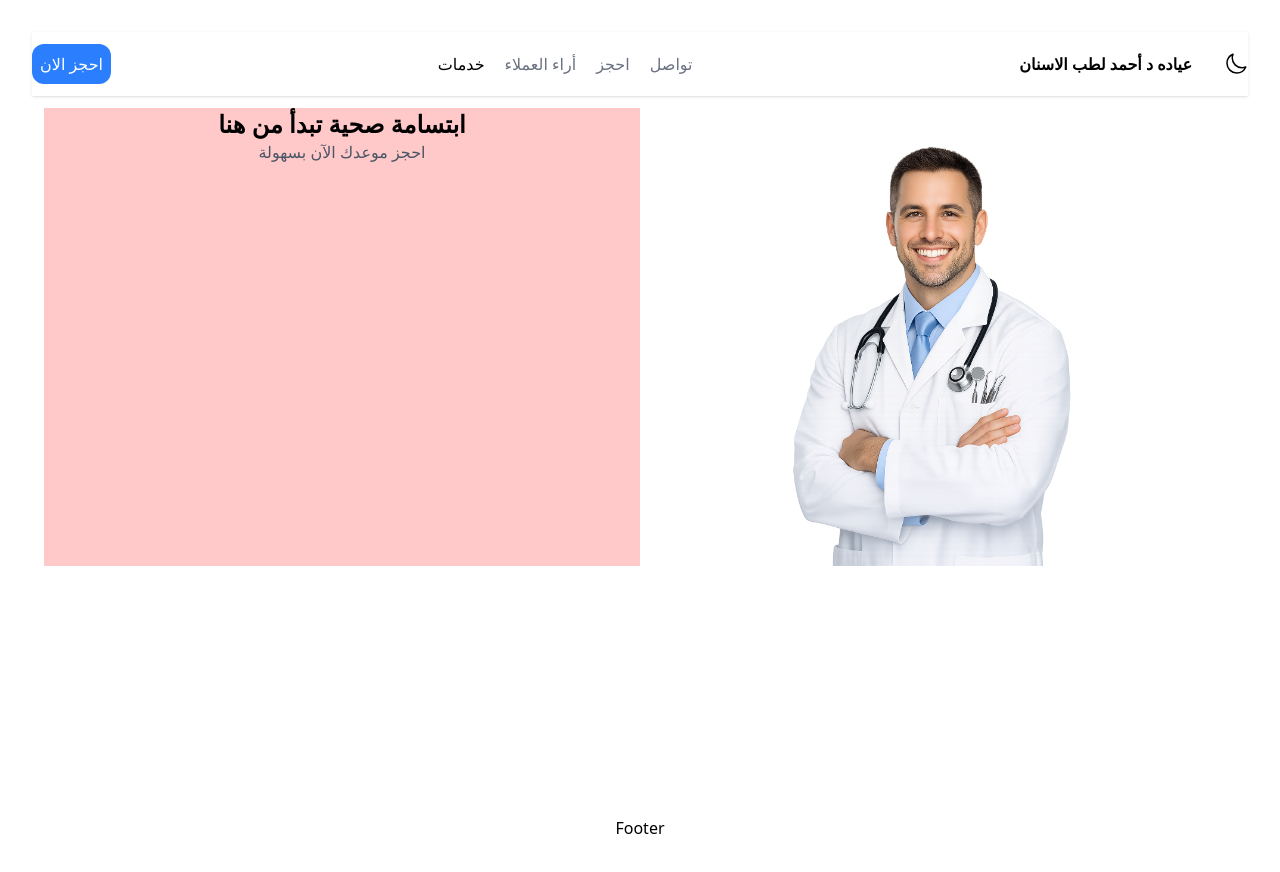
Repository: mohamedehab23-pro/clinic
Page: /
An editor plug-in stored every save of this project. The page is shown before and after the next save, followed by the edit.
The browser window is 1280 px wide. The pictures show the whole page.
The project was rebuilt for these pictures with package versions that can differ from the ones it lists, and the page was loaded fresh each time. Also part of the build but not shown: vite.config.js, src/Pages/AboutPage.jsx, src/Pages/ContactPage.jsx, src/Pages/NotFound.jsx, src/Components/Child.jsx, src/Components/Parent.jsx.

Above is the page before, as saved 2026-02-22 14:09:50.

After the next save:
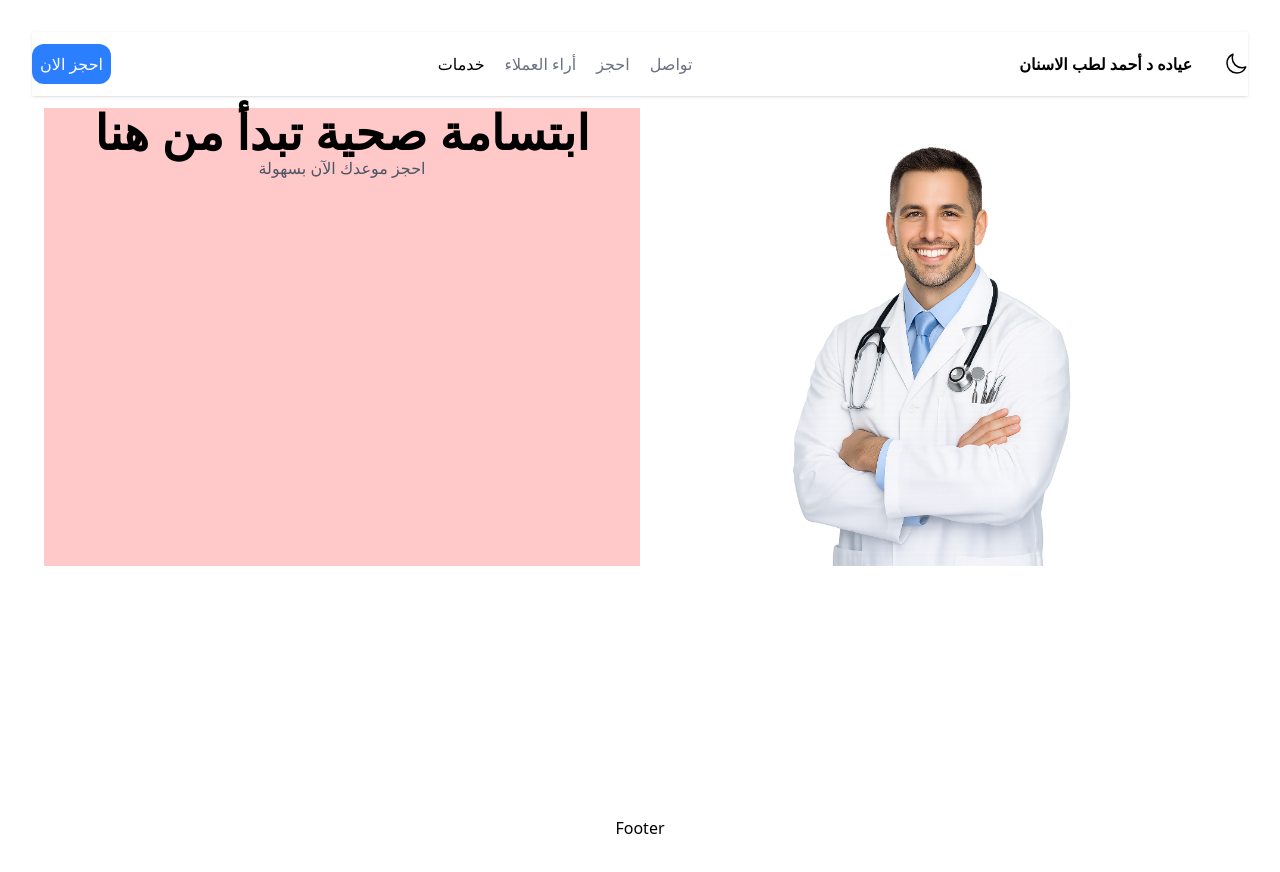
Saved 16 s later.
--- a/src/Pages/HeroPage.jsx
+++ b/src/Pages/HeroPage.jsx
@@ -5,7 +5,7 @@ export default function HomePage() {
     <div className='dark:bg-gray-800 min-h-screen p-3'>
       <div className='flex justify-around'>
 <div className='bg-red-200 w-full '>
-<h2 className='text-2xl font-bold'>ابتسامة صحية تبدأ من هنا</h2>
+<h2 className='text-5xl font-bold'>ابتسامة صحية تبدأ من هنا</h2>
 <p className='text-gray-600'>احجز موعدك الآن بسهولة</p>
 </div>
 <div className=' w-full flex justify-center items-center'>
